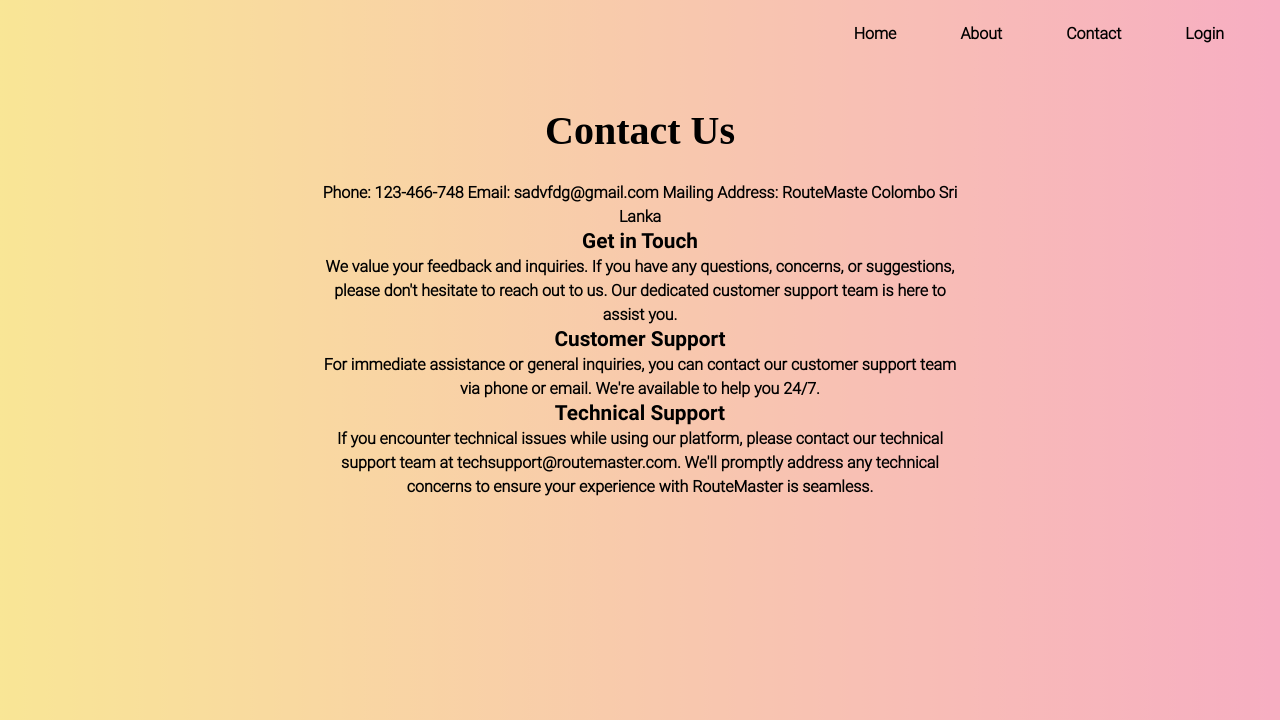
Repository: Savindushehan/RouteMaster-Group-project
Page: http://localhost/RouterMaster/ContactUS.jsp
The author's editor kept a copy of each file at every save. The page is drawn from the files as they stood at one save, then again after the next save.
The browser window is 1280 px wide. The pictures show the whole page.
The page is served by Tomcat 10. Other server files are loaded and not shown.

Above is the page before, as saved 2023-10-23 09:20:12.
Console error: TypeError: Cannot set properties of null (setting 'onmousemove')

### RouteMaster/RouterMaster/src/main/webapp/ContactUS.jsp
<%@ page language="java" contentType="text/html; charset=UTF-8"
    pageEncoding="UTF-8"%>
<!DOCTYPE html>
<html lang="en">
<head>
    <meta charset="UTF-8">
    <meta name="viewport" content="width=device-width, initial-scale=1.0">
    <title>RouteMaste</title>
    <style>
       @font-face {
        font-family: 'Roboto-Light'; /* Font family name */
        src: url('Fonts/Roboto-Light.ttf') format('truetype'); /* URL to your font file */
        font-weight: normal;
        font-style: italic;
        }
        @font-face {
        font-family: 'Raleway-Light'; /* Font family name */
        src: url('Fonts/Raleway-Light.ttf') format('truetype'); /* URL to your font file */
        font-weight: normal;
        font-style: italic;
        }
        @font-face {
        font-family: 'Roboto-Bold'; /* Font family name */
        src: url('Fonts/Roboto-Bold.ttf') format('truetype'); /* URL to your font file */
        font-weight: normal;
        font-style: italic;
        }
        :root{
            --div-color1:#000000;
            --div-color2:#272702;
            --div-color3:#07FAFA;
            --div-color4:#FFFFFF;
        }
        a{
            text-decoration: none;
        }
        body{
            margin: 0;
            padding: 0;
			background-color: #FEE140;
background-image: linear-gradient(90deg, #FEE140 0%, #FA709A 100%);

            background-size: cover;
            background-repeat: no-repeat;
            background-position: center;
            height: 100vh;

        }
        body::before {
          content: "";
          position: absolute;
          top: 0;
          left: 0;
          width: 100%;
          height: 100%;
          background-color: rgba(245, 236, 236, 0.5);
          z-index: -1;
        }
        .head{
            display: flex;
            flex-direction: row;
            justify-content: right;
        }
        header h3{
            color: var(--div-color1);
            font-size:1rem;
            margin-right: 3rem;
            cursor: grab;
            padding: 0.5rem;
            border-radius: 0.5rem;
            outline: none;
            font-family: 'Roboto-Light';
        }
        h1{
          font-size: 2.5rem;
          text-align: center;
          margin-top: 2.5rem;
        }
        h4{
            font-family: 'Roboto-Light';
            font-size: 1rem;
            width: 40rem;
            margin-left: auto;
            margin-right: auto;
            text-align: center;
            line-height: 1.5rem;
            margin-top: 0;
        }
        span{
            font-family:'Roboto-Bold';
            font-size: 1.3rem;
        }
        </style>
</head>
<body>
    <header>
        <div class="head">
           <a href="Home.jsp"><h3 id="m1">Home</h3></a>
           <a href="AboutUs.jsp"><h3 id="m2">About</h3></a>
            <a href="ContactUS.jsp"><h3 id="m3">Contact</h3></a>
           <a href="login.jsp"><h3 id="m4">Login</h3></a>
        </div>
    </header>
    <main>
        <h1>Contact Us</h1>
        <h4>Phone: 123-466-748
            Email: sadvfdg@gmail.com
            Mailing Address: RouteMaste Colombo Sri Lanka
            <br>
        <span>Get in Touch</span>
            <br>
            We value your feedback and inquiries. If you have any questions, concerns, or suggestions, please don't hesitate to reach out to us. Our dedicated customer support team is here to assist you.
            <br>
            <span>Customer Support</span>
            <br>
            For immediate assistance or general inquiries, you can contact our customer support team via phone or email. We're available to help you 24/7.
            <br>
            <span>Technical Support</span>
            <br>
            If you encounter technical issues while using our platform, please contact our technical support team at techsupport@routemaster.com. We'll promptly address any technical concerns to ensure your experience with RouteMaster is seamless.</h4>
    </main>
    <script>

        var M1=document.getElementById("m1");
        var M2=document.getElementById("m2");
        var M3=document.getElementById("m3");
        var M4=document.getElementById("m4");
        var BTN=document.getElementById("btn");

        M1.onmousemove=function(){
          M1.style.backgroundColor="var(--div-color3)";
          M1.style.color="var(--div-color4)";
        }
        M1.onmouseout=function(){
          M1.style.backgroundColor="";
          M1.style.color="var(--div-color1)";
        }
        M2.onmousemove=function(){
          M2.style.backgroundColor="var(--div-color3)";
          M2.style.color="var(--div-color4)";
        }
        M2.onmouseout=function(){
          M2.style.backgroundColor="";
          M2.style.color="var(--div-color1)";
        }
        M3.onmousemove=function(){
          M3.style.backgroundColor="var(--div-color3)";
          M3.style.color="var(--div-color4)";
        }
        M3.onmouseout=function(){
          M3.style.backgroundColor="";
          M3.style.color="var(--div-color1)";
        }
        M4.onmousemove=function(){
          M4.style.backgroundColor="var(--div-color3)";
          M4.style.color="var(--div-color4)";
        }
        M4.onmouseout=function(){
          M4.style.backgroundColor="";
          M4.style.color="var(--div-color1)";
        }
        /* Above javascript code must include all tha page.don't change the code.*/
        BTN.onmousemove=function(){
          BTN.style.color="var(--div-color1)";
          BTN.style.backgroundColor="var(--div-color4)";
        }
        BTN.onmouseout=function(){
          BTN.style.color="var(--div-color4)";
          BTN.style.backgroundColor="var(--div-color1)";
        }
       </script>
</body>
</html>

After the next save:
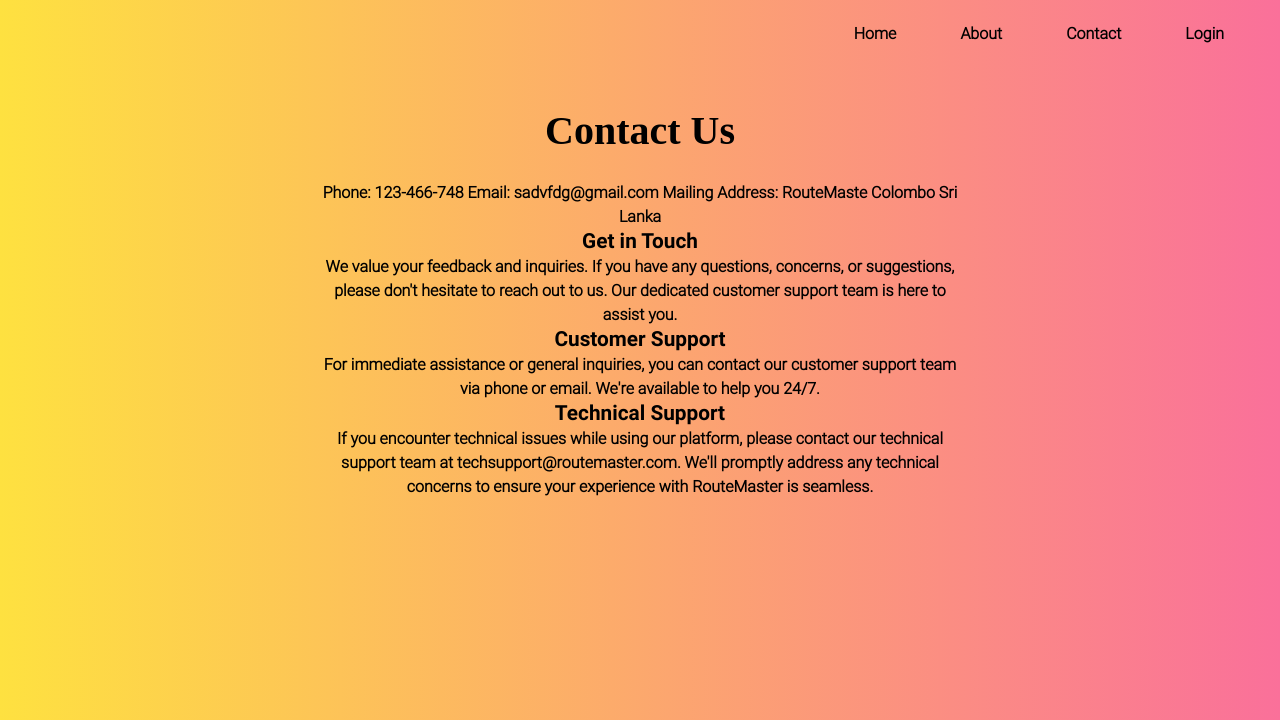
Saved 14 s later.
--- a/RouteMaster/RouterMaster/src/main/webapp/ContactUS.jsp
+++ b/RouteMaster/RouterMaster/src/main/webapp/ContactUS.jsp
@@ -46,16 +46,7 @@ background-image: linear-gradient(90deg, #FEE140 0%, #FA709A 100%);
             height: 100vh;
 
         }
-        body::before {
-          content: "";
-          position: absolute;
-          top: 0;
-          left: 0;
-          width: 100%;
-          height: 100%;
-          background-color: rgba(245, 236, 236, 0.5);
-          z-index: -1;
-        }
+
         .head{
             display: flex;
             flex-direction: row;
